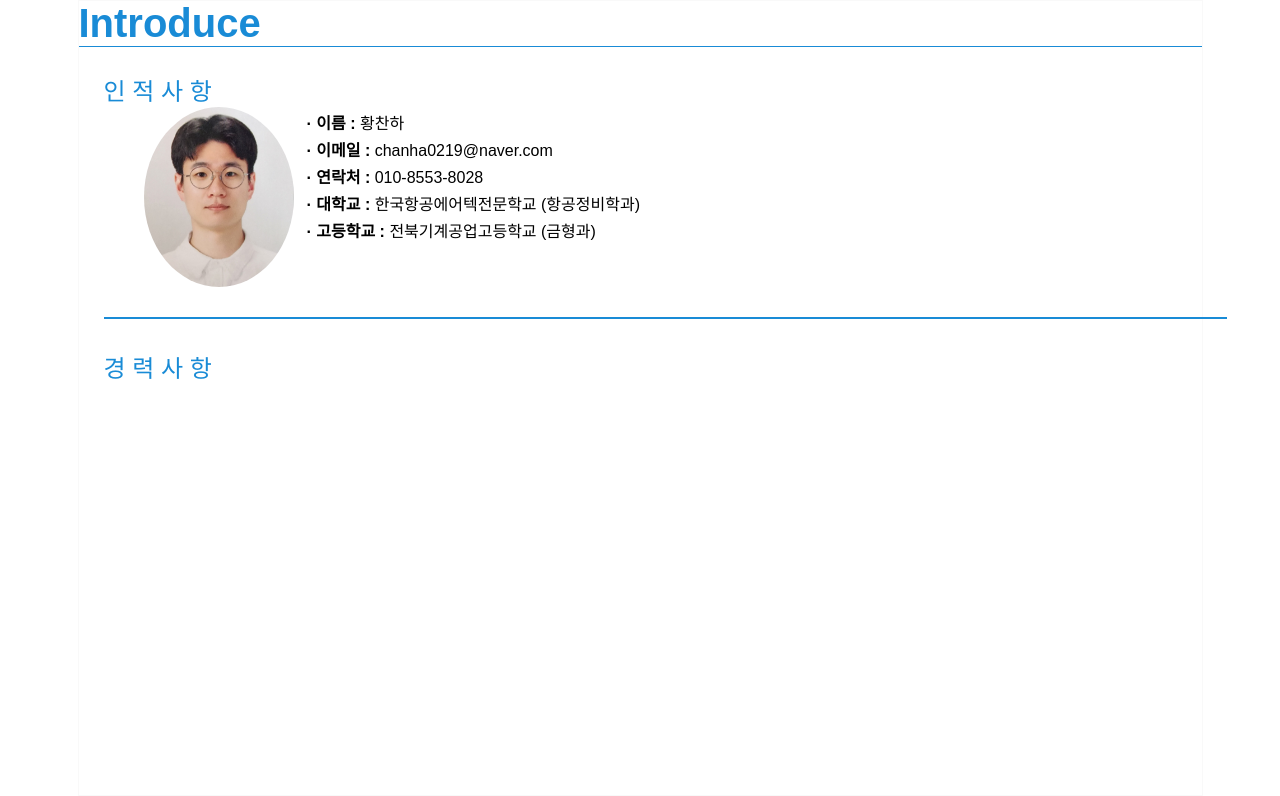
Repository: DooBae-KR/MySelf
Page: /
The author's editor kept a copy of each file at every save. The page is drawn from the files as they stood at one save, then again after the next save.
The browser window is 1280 px wide. The pictures show the whole page.
The project was rebuilt for these pictures with package versions that can differ from the ones it lists, and the page was loaded fresh each time. Also part of the build but not shown: src/pages/MainPage.js, src/pages/header/HeaderLogo.js, src/pages/header/TabMenu.js, src/pages/HeaderPage.js.

Above is the page before, as saved 2025-07-23 21:31:06.

### src/App.js
import { BrowserRouter, Routes, Route } from 'react-router-dom';
import Main from './pages/MainPage';
import Header from './pages/HeaderPage';
import MySelf from './pages/Myself';

import './styles/header.css';

function App() {
  return (
  <BrowserRouter>
  <Routes>
    <Route path={'/'} element={<MySelf/>} />
  </Routes>
  </BrowserRouter>
  );
}

export default App;

### src/pages/Myself.js
import { myInfo,myWorkSkill,myLicense } from "../data/MyInform"
import profile from "../data/증명사진.jpg";
export default function MySelf(){

    return(
        <div className="A4 rec">
            <div className="title">Introduce</div>
            <div className="container content">
                <div className="contentTitle">인 적 사 항</div>
                <div className="container">
                     <img src={profile}alt="프로필 사진" className="myimg" />
                    <div className="context">
                        <p><strong>· 이름 : </strong>{myInfo.name}</p>
                        <p><strong>· 이메일 : </strong> {myInfo.email}</p>
                        <p><strong>· 연락처 : </strong>{myInfo.phone}</p>

                        <p><strong>· 대학교 : </strong>{myInfo.collage} ({myInfo.collageMajor})</p>
                        <p><strong>· 고등학교 : </strong>{myInfo.highSchool} ({myInfo.highScMajor})</p>
                    </div>
                </div>
                <div className="line"/>
                <div className="contentTitle">경 력 사 항</div>

            </div>


        </div>
    )
}

### src/styles/header.css


* {
    margin: 0;
    padding: 0;
    font-family: "Asta Sans", sans-serif;
    font-optical-sizing: auto;
    font-weight: 400;
    font-style: normal;
    }

    .container {
        display :flex;
    }

    .headerLogo {
        width: 100vw;
        height: 100px;
        justify-content: space-between;
        padding: 0;
        border-bottom: 2px solid #db8b23;
    }
    .logo{
        padding: 15px;
        margin-left: 10px;
        width: 100px;
        height: 100px;
        font-size: 50px;
        font-weight: bolder;
        font-style: italic;
        cursor: pointer;
        align-items: center;
    }
    .logoTitle{
        display: flex;
        font-size: 50px;
        align-items: center;


    }
    .headerLogo input{
        margin: 15px;
        padding: 3px 5px;
        border: 1px solid #db8b239d;
        border-radius: 10px;

    }

    .A4.rec{
        width: 1123px;
        height: 794px;
        border: 1px solid #aaaaaa11;
        margin: 0 auto;
    }
    .title{
        font-size: 40px;
        color:rgb(25, 139, 214);
        font-weight: 700;
        border-bottom: 1px solid rgb(25, 139, 214);
    }
    .content{
        width: 100%;
        flex-direction: column;
        padding : 25px;
    }
    .contentTitle{
        font-size: 24px;
        color:rgb(25, 139, 214);
    }
    .context {
        gap: 5px;
    }
    .context p{
        margin: 3px;
    }
    .context strong{
        margin-left: 15px;
        font-weight: bold;
    }
    .line {
        margin: 30px 0px;
        border: 0.5px solid rgb(25, 139, 214);;
    }

    .myimg{
        display: block;
        margin: auto;
        margin-left: 25px;
        margin-right: 10px;
        width: 150px;
        height: 180px;
        border-radius: 50%;
        object-fit: cover;
        overflow: hidden;
        transform: translateX(15px);
    }

### src/data/MyInform.js

export const myInfo = {
    name: "황찬하",
    email: "chanha0219@naver.com",
    phone: "010-8553-8028",
    github: "https://github.com/DooBae-KR",
    notion: "https://www.notion.so/239012dbbef280e4886de20264e97e98",
    intro1: "CORE knowledge, HOT execution",
    intro2 : "That’s how I make things happen",
    highSchool : "전북기계공업고등학교",
    highScMajor : "금형과",
    collage : "한국항공에어텍전문학교",
    collageMajor : "항공정비학과"
  };

export const myWorkSkill ={
    wrok1Name : "(주)쎄크",
    wrok1Time : "2015.10 ~ 2016.09",
    work1Session : "생산직",
    work1Content : "비파괴검사기(튜브) 생산 및 Calibration",
     work1Study: "NG 분석 리포트 작성과 작업일지 문서화를 통해 문제 해결 능력과 데이터 기반 보고 역량을 키웠으며, 체계적인 품질관리 경험을 통해 프로세스 최적화에 대한 이해를 쌓았습니다.",

    work2Name : "이든",
    work2Time : "2023.01 ~ 2024.06",
    work2Session : "조리과",
    work2Content : `대리 | 2024.03 ~ 2024.06
                    사시미 모리, 마끼 업무 수행
                    최상의 맛과 서비스 제공
                    메뉴 개발 및 시즌별 신메뉴 기획
                    주방 인력 관리 및 신입 직원 교육

                    사원 | 2022.11 ~ 2024.02
                    튀김, 불판 조리 업무 수행
                    식자재 발주 및 위생 관리`,
    work2Study: "고객 만족을 위한 메뉴 기획과 품질 유지 경험을 통해 사용자 관점에서 사고하고 기획하는 역량을 키웠으며, 팀원 교육과 주방 운영을 통해 커뮤니케이션 능력과 리더십을 실무에 적용했습니다."
  }

export const myLicense =[
    {
        name : "컴퓨터응용밀링기능사",
        date : "2014.06.27"
    },
    {
        name : "전산응용기계제도기능사",
        date : "2014.12.26"
    },
    {
        name : "정밀측정기능사",
        date : "2015.07.03"
    },
    {
        name : "자동차운전면허 1종 보통",
        date : "2015.02"
    }
]

Loaded but not shown: public/index.html (common file); src/index.js (common file); src/index.css (common file); src/reportWebVitals.js (common file)

After the next save:
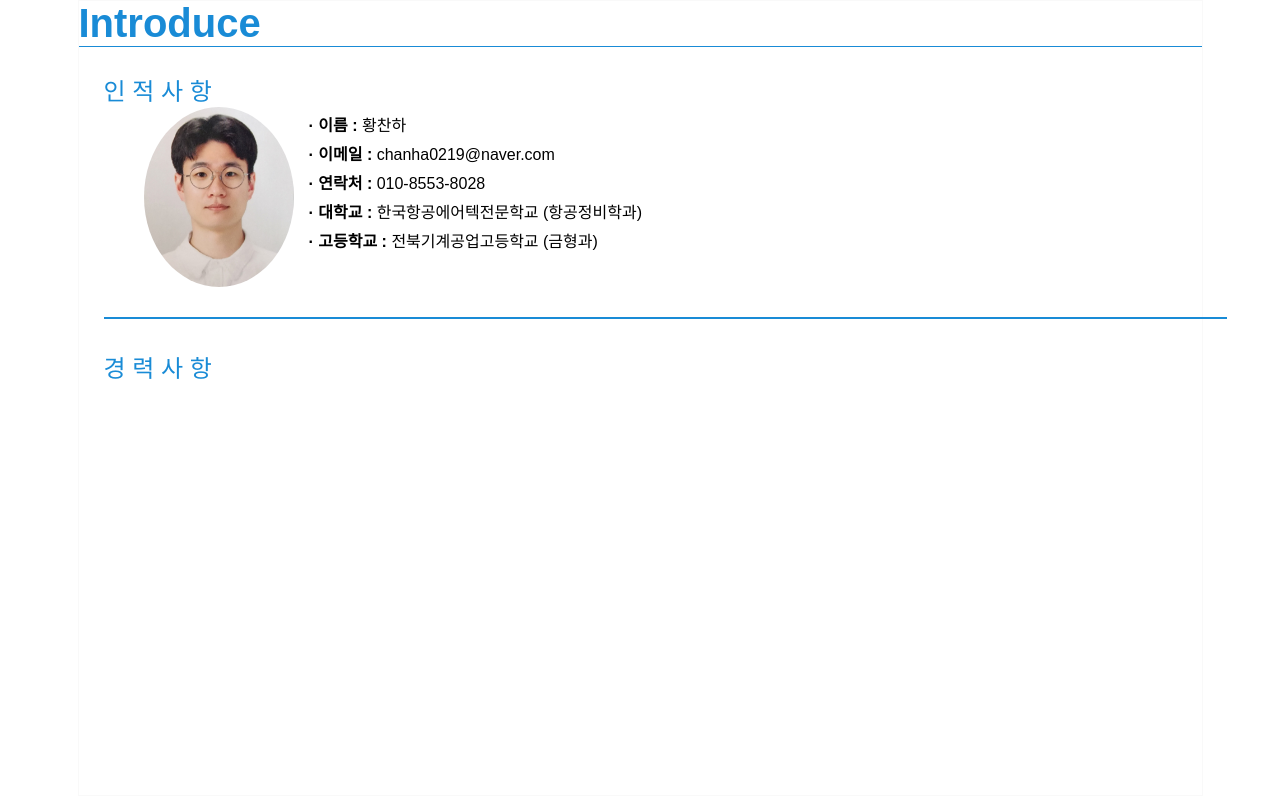
Saved 4 s later.
--- a/src/styles/header.css
+++ b/src/styles/header.css
@@ -71,7 +71,7 @@
         gap: 5px;
     }
     .context p{
-        margin: 3px;
+        margin: 5px;
     }
     .context strong{
         margin-left: 15px;
